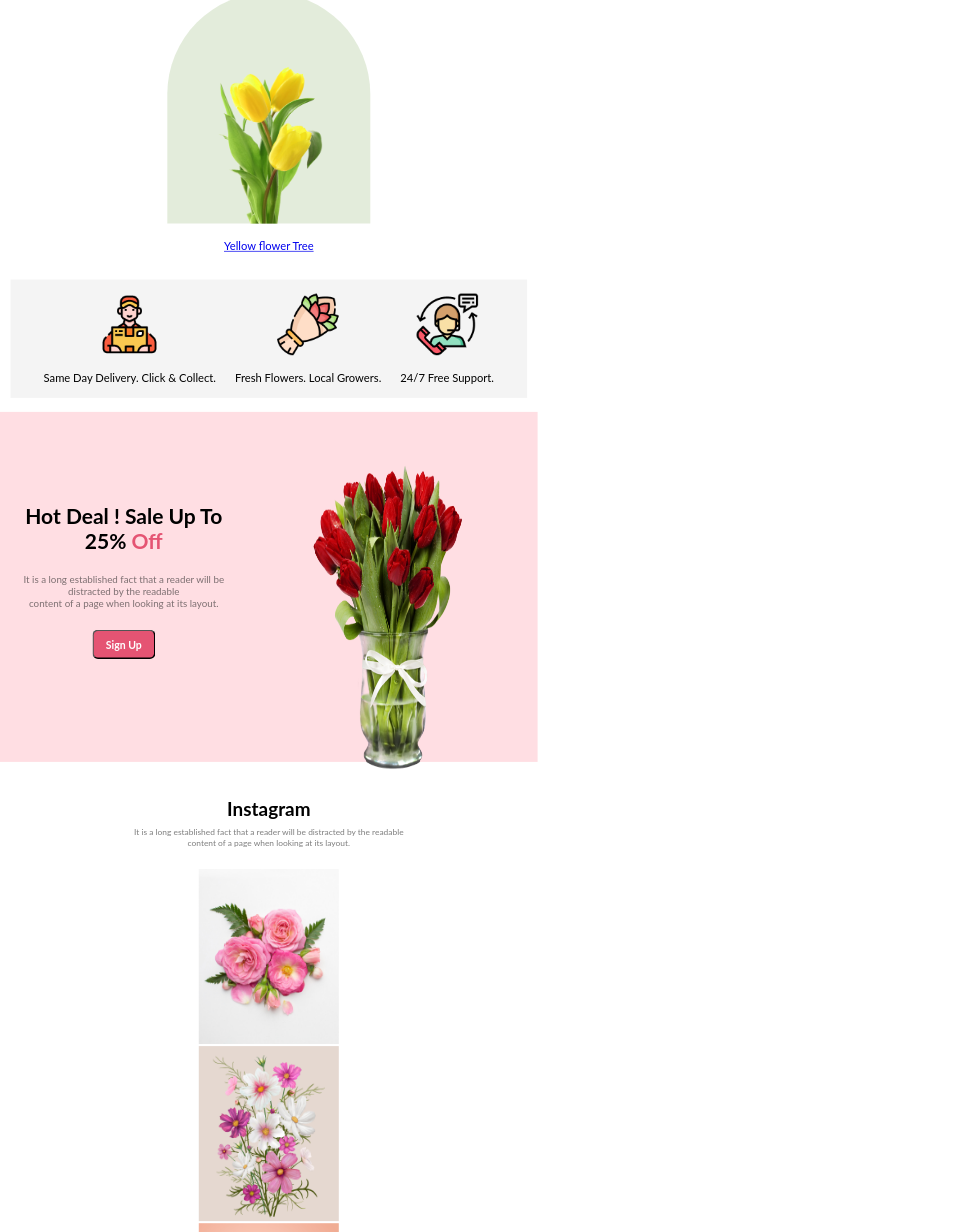
Repository: sadiaafsana138/Flower-Shop_Responsive
Page: index.html
An editor plug-in stored every save of this project. The page is shown before and after the next save, followed by the edit.
The browser window is 768 px wide. The page is 1400 px wide, so the pictures cover 1400 px, including what lies to the right of the window. The pictures show the part of the page from y = 1439 to 3199 px (the page is 4954 px tall), at 70% of full size.

Above is the page before, as saved 2023-09-07 05:52:09.

After the next save:
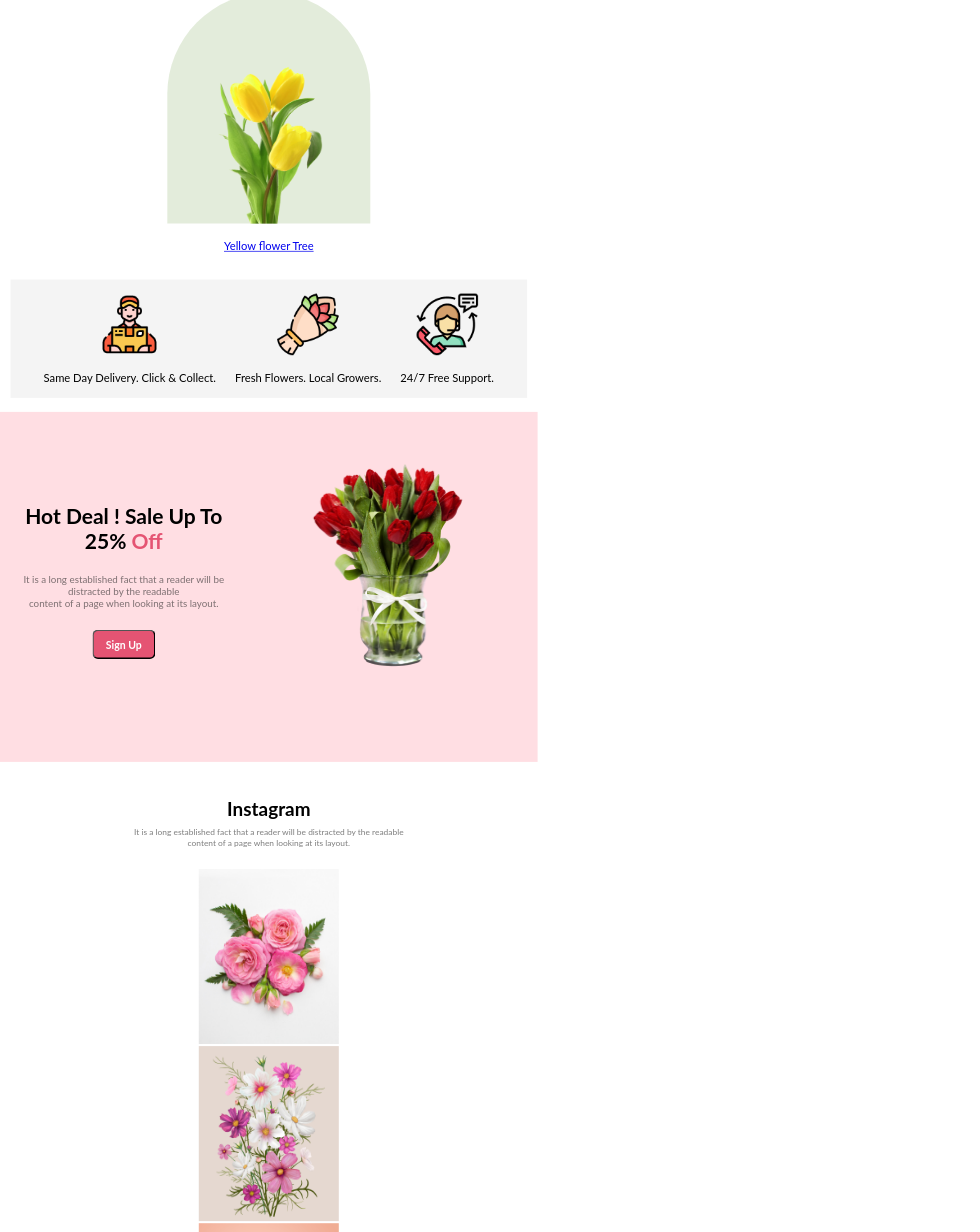
Saved 12 s later.
--- a/Flower.css
+++ b/Flower.css
@@ -268,6 +268,6 @@
         }
         #sec4_vas img{
             max-width:100% ;
-            height: 450px;
-        }
-}
+            height: 300px;
+        }
+}
